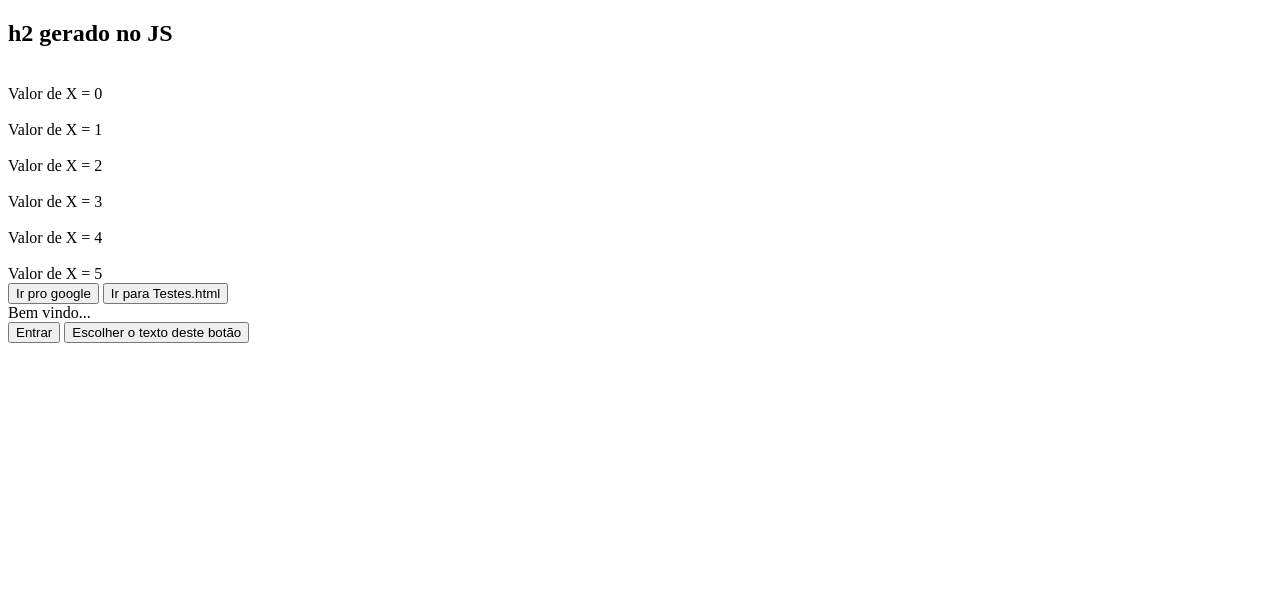
Repository: joaoaspimienta/Testes-e-estudo-de-ReactJS
Page: src/Anotações.html
An editor plug-in stored every save of this project. The page is shown before and after the next save, followed by the edit.
The browser window is 1280 px wide. The pictures show the whole page.

Above is the page before, as saved 2021-12-27 19:55:41.

After the next save:
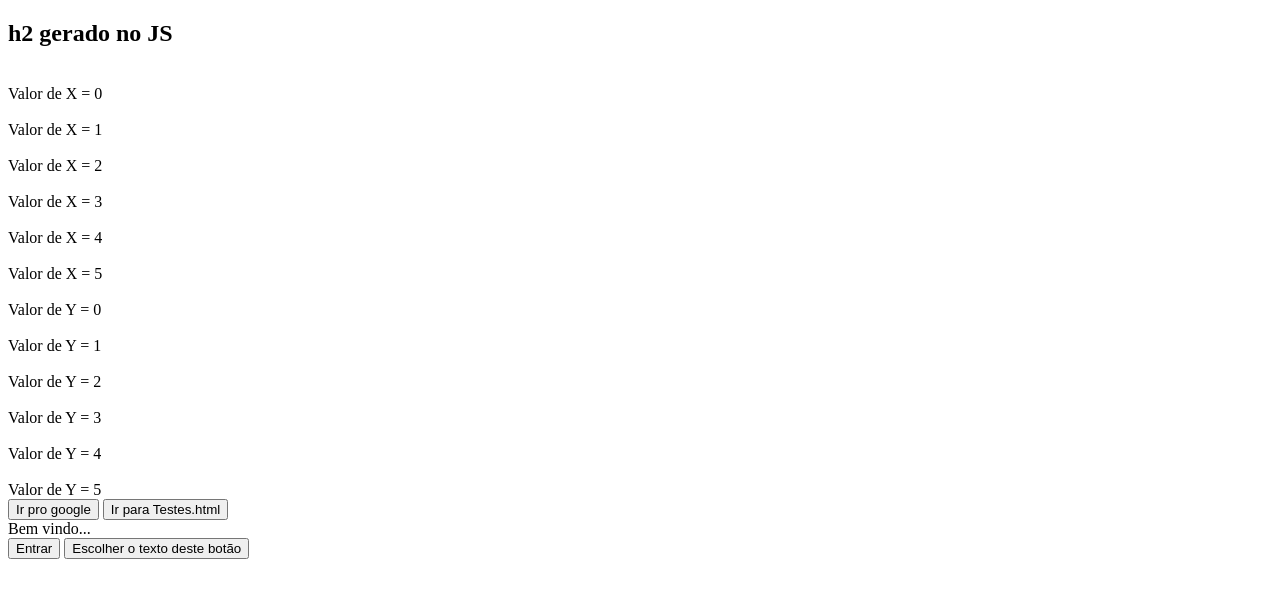
Saved 56 s later.
--- a/src/script.js
+++ b/src/script.js
@@ -28,3 +28,7 @@ while(x <= 5) {
 
   x++
 }
+
+for(y = 0; y <= 5; y++){
+  document.write('</br> Valor de Y = ' + y + '</br>')
+}
